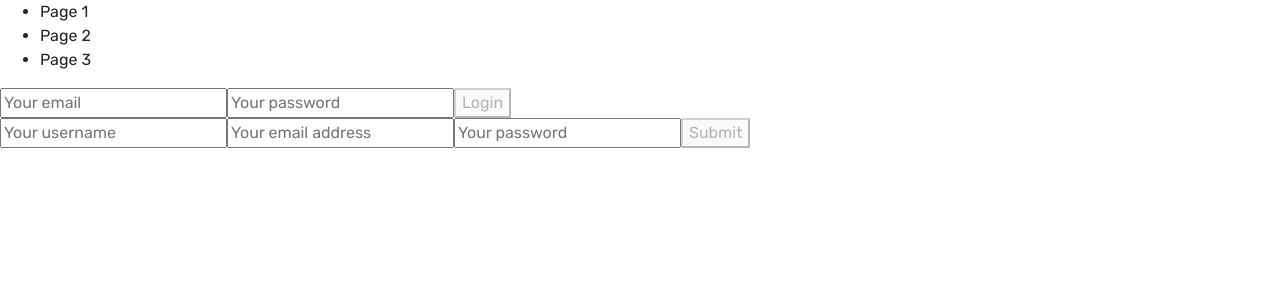
Repository: SCScbc-Projects2022/project-three
Page: / (app in client/)
These files come from the project's save history. The page is drawn as it stood at one moment and after the next save; the edit follows.
The browser window is 1280 px wide. The pictures show the whole page.
The project was rebuilt for these pictures with package versions that can differ from the ones it lists, and the page was loaded fresh each time.

Above is the page before, as saved 2022-07-18 10:04:27.

### client/public/index.html
<!DOCTYPE html>
<html lang="en">
  <head>
    <meta charset="utf-8" />
    <link rel="icon" href="%PUBLIC_URL%/favicon.ico" />
    <meta name="viewport" content="width=device-width, initial-scale=1" />
    <meta name="theme-color" content="#000000" />
    <meta
      name="description"
      content="Google Books search application with login"
    />
    <link rel="apple-touch-icon" href="%PUBLIC_URL%/logo192.png" />
    <link rel="manifest" href="%PUBLIC_URL%/manifest.json" />
    <link
      href="https://fonts.googleapis.com/css2?family=Rubik+Mono+One&family=Rubik:ital,wght@0,400;1,300&display=swap"
      rel="stylesheet"
    />
    <title>Project 3</title>
  </head>

  <body>
    <noscript>You need to enable JavaScript to run this app.</noscript>
    <div id="root"></div>
  </body>
</html>

### client/src/index.js
import React from 'react';
import ReactDOM from 'react-dom/client';
import 'bootstrap/dist/css/bootstrap.min.css';
import './index.css';
import App from './App';

const root = ReactDOM.createRoot(document.getElementById('root'));
root.render(
  <>
    <App />
  </>
);

### client/src/index.css
body {
  font-family: 'Rubik', sans-serif;
}

h1,
h2,
h3,
h4,
h5,
h6 {
  font-family: 'Rubik Mono One', sans-serif;
}

.small {
  font-weight: 300;
  font-style: italic;
}

#link {
  font-size: 22px;
}

### client/src/App.js
import React from 'react';

import Navbar from './components/Navbar';
import LoginForm from './components/LoginForm';
import SignupForm from './components/SignupForm';

import { setContext } from '@apollo/client/link/context';

import {
  ApolloProvider,
  ApolloClient,
  InMemoryCache,
  createHttpLink,
} from '@apollo/client';

const httpLink = createHttpLink({
  uri: '/graphql',
});

const authLink = setContext((_, { headers }) => {
  const token = localStorage.getItem('id_token');
  return {
    headers: {
      ...headers,
      authorization: token ? `Bearer ${token}` : '',
    },
  };
});

const client = new ApolloClient({
  link: authLink.concat(httpLink),
  cache: new InMemoryCache(),
});

function App() {
  return (
    <ApolloProvider client={client}>
      <>
        <Navbar />
        <LoginForm />
        <SignupForm />
      </>
    </ApolloProvider>
  );
}

export default App;

### client/src/components/Navbar.js
import React, { useState } from 'react';

import Auth from '../utils/auth';

const AppNavbar = () => {
  return (
    <>
      <ul>
        <li>Page 1</li>
        <li>Page 2</li>
        <li>Page 3</li>
      </ul>
    </>
  );
};

export default AppNavbar;

### client/src/components/LoginForm.js
import React, { useState } from 'react';

import Auth from '../utils/auth';

import { useMutation } from '@apollo/client';
import { LOGIN_USER } from '../utils/mutations';

const LoginForm = () => {
  const [validated] = useState(false);

  const [login, { error }] = useMutation(LOGIN_USER);

  // submit form
  const handleFormSubmit = async (event) => {
    event.preventDefault();

    try {
      const { data } = await login({
        variables: { ...formState },
      });

      Auth.login(data.login.token);
    } catch (e) {
      console.error(e);
    }
  };

  const [formState, setFormState] = useState({ email: '', password: '' });

  // update state based on form input changes
  const handleChange = (event) => {
    const { name, value } = event.target;

    setFormState({
      ...formState,
      [name]: value,
    });
  };

  return (
    <>
      <form noValidate validated={validated} onSubmit={handleFormSubmit}>
        <input
          type="text"
          placeholder="Your email"
          name="email"
          value={formState.email}
          onChange={handleChange}
          required
        ></input>
        <input
          type="password"
          placeholder="Your password"
          name="password"
          value={formState.password}
          onChange={handleChange}
          required
        ></input>
        <button
          disabled={!(formState.email && formState.password)}
          type="submit"
          variant="success"
        >
          Login
        </button>
        {error && <div>Login failed</div>}
      </form>
    </>
  );
};

export default LoginForm;

### client/src/components/SignupForm.js
import React, { useState } from 'react';

import Auth from '../utils/auth';

import { useMutation } from '@apollo/client';
import { ADD_USER } from '../utils/mutations';

const SignupForm = () => {
  const [validated] = useState(false);

  const [formState, setFormState] = useState({
    username: '',
    email: '',
    password: '',
  });

  const handleChange = (event) => {
    const { name, value } = event.target;

    setFormState({
      ...formState,
      [name]: value,
    });
  };

  const [addUser, { error }] = useMutation(ADD_USER);

  const handleFormSubmit = async (event) => {
    event.preventDefault();

    // use try/catch instead of promises to handle errors
    try {
      // execute addUser mutation and pass in variable data from form
      const { data } = await addUser({
        variables: { ...formState },
      });
      console.log(data);
      Auth.login(data.addUser.token);
    } catch (e) {
      console.error(e);
    }
  };

  return (
    <>
      <form noValidate validated={validated} onSubmit={handleFormSubmit}>
        <input
          type="text"
          placeholder="Your username"
          name="username"
          onChange={handleChange}
          value={formState.username}
          required
        />
        <input
          type="email"
          placeholder="Your email address"
          name="email"
          onChange={handleChange}
          value={formState.email}
          required
        />
        <input
          type="password"
          placeholder="Your password"
          name="password"
          onChange={handleChange}
          value={formState.password}
          required
        />
        <button
          disabled={
            !(formState.username && formState.email && formState.password)
          }
          type="submit"
          variant="success"
        >
          Submit
        </button>
        {error && <div>Sign up failed</div>}
      </form>
    </>
  );
};

export default SignupForm;

### client/src/utils/auth.js
import decode from 'jwt-decode';

class AuthService {
  // retrieve data saved in token
  getProfile() {
    return decode(this.getToken());
  }

  loggedIn() {
    // check if the user is still logged in
    const token = this.getToken(); // Checks if there is a saved token and it's still valid
    // use type coersion to check if token is NOT undefined and the token is NOT expired
    return !!token && !this.isTokenExpired(token);
  }

  // check if the token has expired
  isTokenExpired(token) {
    try {
      const decoded = decode(token);
      if (decoded.exp < Date.now() / 1000) {
        return true;
      } else {
        return false;
      }
    } catch (err) {
      return false;
    }
  }

  // retrieve token from localStorage
  getToken() {
    // Retrieves the user token from localStorage
    return localStorage.getItem('id_token');
  }

  // set token to localStorage and reload page to homepage
  login(idToken) {
    // Saves user token to localStorage
    localStorage.setItem('id_token', idToken);

    window.location.assign('/');
  }

  // clear token from localStorage and force logout with reload
  logout() {
    // Clear user token and profile data from localStorage
    localStorage.removeItem('id_token');
    localStorage.removeItem('saved_books');

    // this will reload the page and reset the state of the application
    window.location.assign('/');
  }
}
export default new AuthService();

### client/src/utils/mutations.js
import { gql } from '@apollo/client';

export const LOGIN_USER = gql`
  mutation login($email: String!, $password: String!) {
    login(email: $email, password: $password) {
      token
      user {
        _id
        username
      }
    }
  }
`;

export const ADD_USER = gql`
  mutation addUser($username: String!, $email: String!, $password: String!) {
    addUser(username: $username, email: $email, password: $password) {
      token
      user {
        _id
        username
      }
    }
  }
`;

export const SAVE_BOOK = gql`
  mutation saveBook($bookToSave: bookInput) {
    saveBook(bookToSave: $bookToSave) {
      username
      email
      bookCount
      savedBooks {
        bookId
        authors
        description
        title
        image
        link
      }
    }
  }
`;

export const REMOVE_BOOK = gql`
  mutation removeBook($bookId: String!) {
    removeBook(bookId: $bookId) {
      username
      email
      bookCount
      savedBooks {
        bookId
        authors
        description
        title
        image
        link
      }
    }
  }
`;

After the next save:
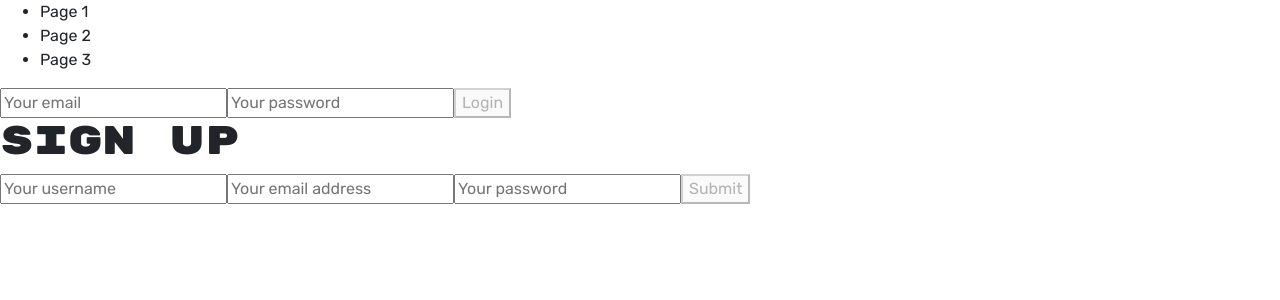
Saved 12 s later.
--- a/client/src/components/SignupForm.js
+++ b/client/src/components/SignupForm.js
@@ -43,6 +43,7 @@ const SignupForm = () => {
 
   return (
     <>
+      <h1>Sign up</h1>
       <form noValidate validated={validated} onSubmit={handleFormSubmit}>
         <input
           type="text"
